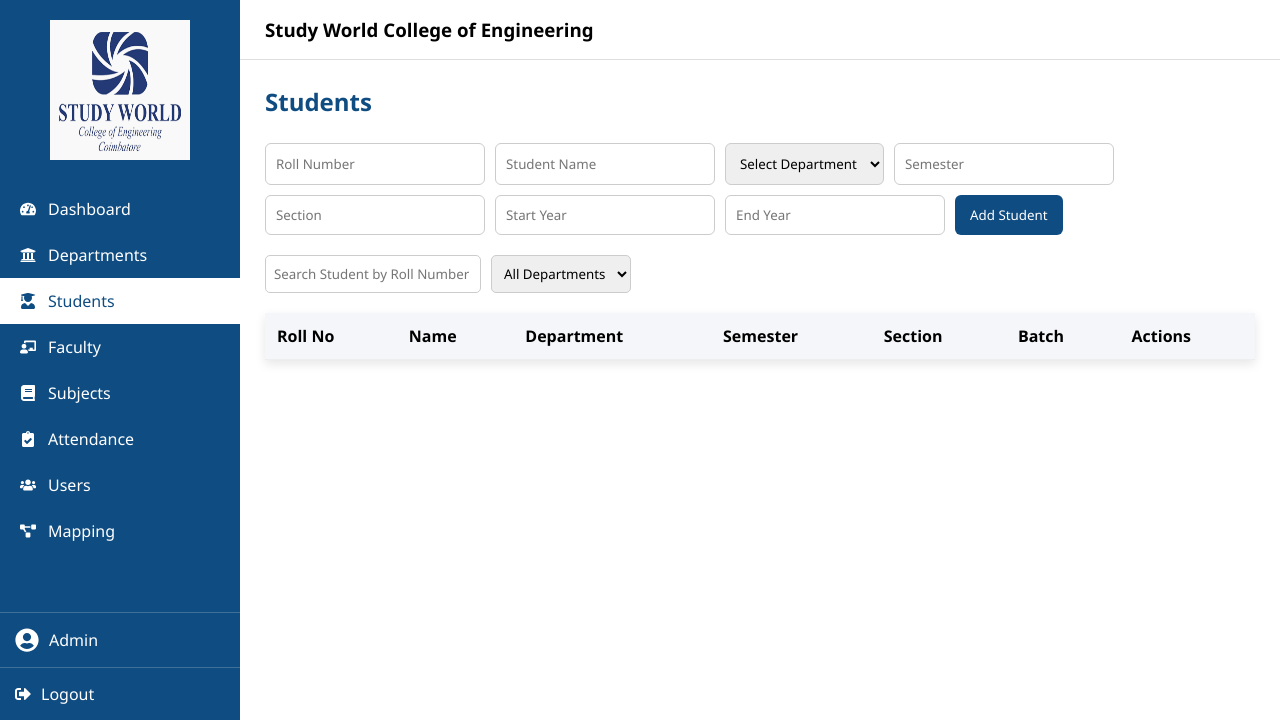
Repository: arthanarieswara/frontend
Page: /students
These files come from the project's save history. The page is drawn as it stood at one moment and after the next save; the edit follows.
The browser window is 1280 px wide. The pictures show the whole page.
The page's requests for data from a server got no answer. The project was rebuilt for these pictures with package versions that can differ from the ones it lists, and the page was loaded fresh each time. No one was signed in, and anything a server would have sent is missing. Also part of the build but not shown: vite.config.js, src/pages/auth/Login.jsx, src/pages/dashboard/Dashboard.css, src/pages/dashboard/Dashboard.jsx, src/pages/departments/Departments.jsx, src/pages/faculty/Faculty.css, src/pages/faculty/Faculty.jsx, src/pages/Subjects/Subjects.css and 7 more.

Above is the page before, as saved 2026-03-27 10:57:39.

After the next save:
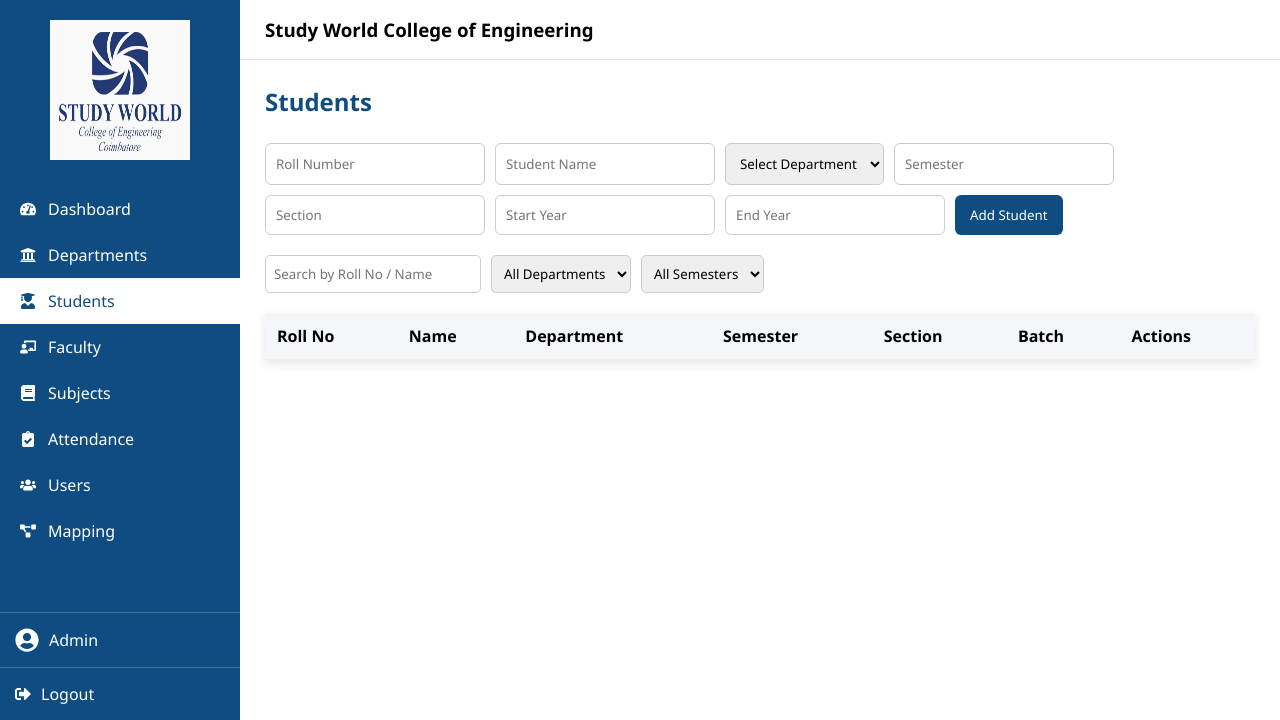
Saved 7 min 21 s later.
--- a/src/pages/students/Students.jsx
+++ b/src/pages/students/Students.jsx
@@ -4,7 +4,6 @@ import api from "../../api/api";
 import "./Students.css";
 
 function Students() {
-
   const [students, setStudents] = useState([]);
   const [departments, setDepartments] = useState([]);
 
@@ -18,11 +17,14 @@ function Students() {
 
   const [editingId, setEditingId] = useState(null);
 
+  /* FILTER STATES */
   const [search, setSearch] = useState("");
   const [filterDept, setFilterDept] = useState("");
-
+  const [filterSemester, setFilterSemester] = useState("");
+
+  /* PAGINATION */
   const [page, setPage] = useState(1);
-  const studentsPerPage = 5;
+  const studentsPerPage = 10; // 🔥 increased
 
   /* ================= FETCH ================= */
 
@@ -31,7 +33,7 @@ function Students() {
 
     // ✅ SORT BY ROLL NUMBER ASCENDING
     const sorted = res.data.sort((a, b) =>
-      a.roll_number.localeCompare(b.roll_number)
+      a.roll_number.localeCompare(b.roll_number),
     );
 
     setStudents(sorted);
@@ -50,7 +52,6 @@ function Students() {
   /* ================= ADD / UPDATE ================= */
 
   const handleSubmit = async () => {
-
     const data = {
       name,
       roll_number: rollNumber,
@@ -58,7 +59,7 @@ function Students() {
       semester,
       section,
       start_year: startYear,
-      end_year: endYear
+      end_year: endYear,
     };
 
     if (editingId) {
@@ -109,10 +110,9 @@ function Students() {
   const filteredStudents = students.filter((s) => {
     return (
       (filterDept === "" || s.department_id == filterDept) &&
-      (
-        s.name?.toLowerCase().includes(search.toLowerCase()) ||
-        s.roll_number?.toLowerCase().includes(search.toLowerCase())
-      )
+      (filterSemester === "" || s.semester == filterSemester) &&
+      (s.roll_number?.toLowerCase().includes(search.toLowerCase()) ||
+        s.name?.toLowerCase().includes(search.toLowerCase()))
     );
   });
 
@@ -122,7 +122,6 @@ function Students() {
   const indexOfFirst = indexOfLast - studentsPerPage;
 
   const currentStudents = filteredStudents.slice(indexOfFirst, indexOfLast);
-
   const totalPages = Math.ceil(filteredStudents.length / studentsPerPage);
 
   /* ================= UI ================= */
@@ -130,13 +129,11 @@ function Students() {
   return (
     <Layout>
       <div className="students">
-
         <h2>Students</h2>
 
         {/* FORM */}
 
         <div className="student-form">
-
           <input
             placeholder="Roll Number"
             value={rollNumber}
@@ -155,7 +152,9 @@ function Students() {
           >
             <option value="">Select Department</option>
             {departments.map((d) => (
-              <option key={d.id} value={d.id}>{d.name}</option>
+              <option key={d.id} value={d.id}>
+                {d.name}
+              </option>
             ))}
           </select>
 
@@ -170,8 +169,6 @@ function Students() {
             value={section}
             onChange={(e) => setSection(e.target.value)}
           />
-
-          {/* ✅ NEW YEAR FIELDS */}
 
           <input
             type="number"
@@ -190,37 +187,54 @@ function Students() {
           <button onClick={handleSubmit}>
             {editingId ? "Update Student" : "Add Student"}
           </button>
-
         </div>
 
         {/* FILTERS */}
 
         <div className="student-filters">
-
-          <input
-            placeholder="Search Student by Roll Number"
+          <input
+            placeholder="Search by Roll No / Name"
             value={search}
-            onChange={(e) => setSearch(e.target.value)}
-          />
-
-
+            onChange={(e) => {
+              setSearch(e.target.value);
+              setPage(1);
+            }}
+          />
 
           <select
             value={filterDept}
-            onChange={(e) => setFilterDept(e.target.value)}
+            onChange={(e) => {
+              setFilterDept(e.target.value);
+              setPage(1);
+            }}
           >
             <option value="">All Departments</option>
             {departments.map((d) => (
-              <option key={d.id} value={d.id}>{d.name}</option>
+              <option key={d.id} value={d.id}>
+                {d.name}
+              </option>
             ))}
           </select>
 
+          <select
+            value={filterSemester}
+            onChange={(e) => {
+              setFilterSemester(e.target.value);
+              setPage(1);
+            }}
+          >
+            <option value="">All Semesters</option>
+            {[1, 2, 3, 4, 5, 6, 7, 8].map((s) => (
+              <option key={s} value={s}>
+                Semester {s}
+              </option>
+            ))}
+          </select>
         </div>
 
         {/* TABLE */}
 
         <table className="students-table">
-
           <thead>
             <tr>
               <th>Roll No</th>
@@ -234,32 +248,32 @@ function Students() {
           </thead>
 
           <tbody>
-
             {currentStudents.map((s) => (
-
               <tr key={s.id}>
                 <td>{s.roll_number}</td>
                 <td>{s.name}</td>
                 <td>{s.department_name}</td>
                 <td>{s.semester}</td>
                 <td>{s.section}</td>
-                <td>{s.start_year} - {s.end_year}</td>
+                <td>
+                  {s.start_year} - {s.end_year}
+                </td>
 
                 <td>
                   <button className="edit-btn" onClick={() => handleEdit(s)}>
                     Edit
                   </button>
 
-                  <button className="delete-btn" onClick={() => handleDelete(s.id)}>
+                  <button
+                    className="delete-btn"
+                    onClick={() => handleDelete(s.id)}
+                  >
                     Delete
                   </button>
                 </td>
               </tr>
-
-            ))}
-
+            ))}
           </tbody>
-
         </table>
 
         {/* PAGINATION */}
@@ -275,7 +289,6 @@ function Students() {
             </button>
           ))}
         </div>
-
       </div>
     </Layout>
   );
